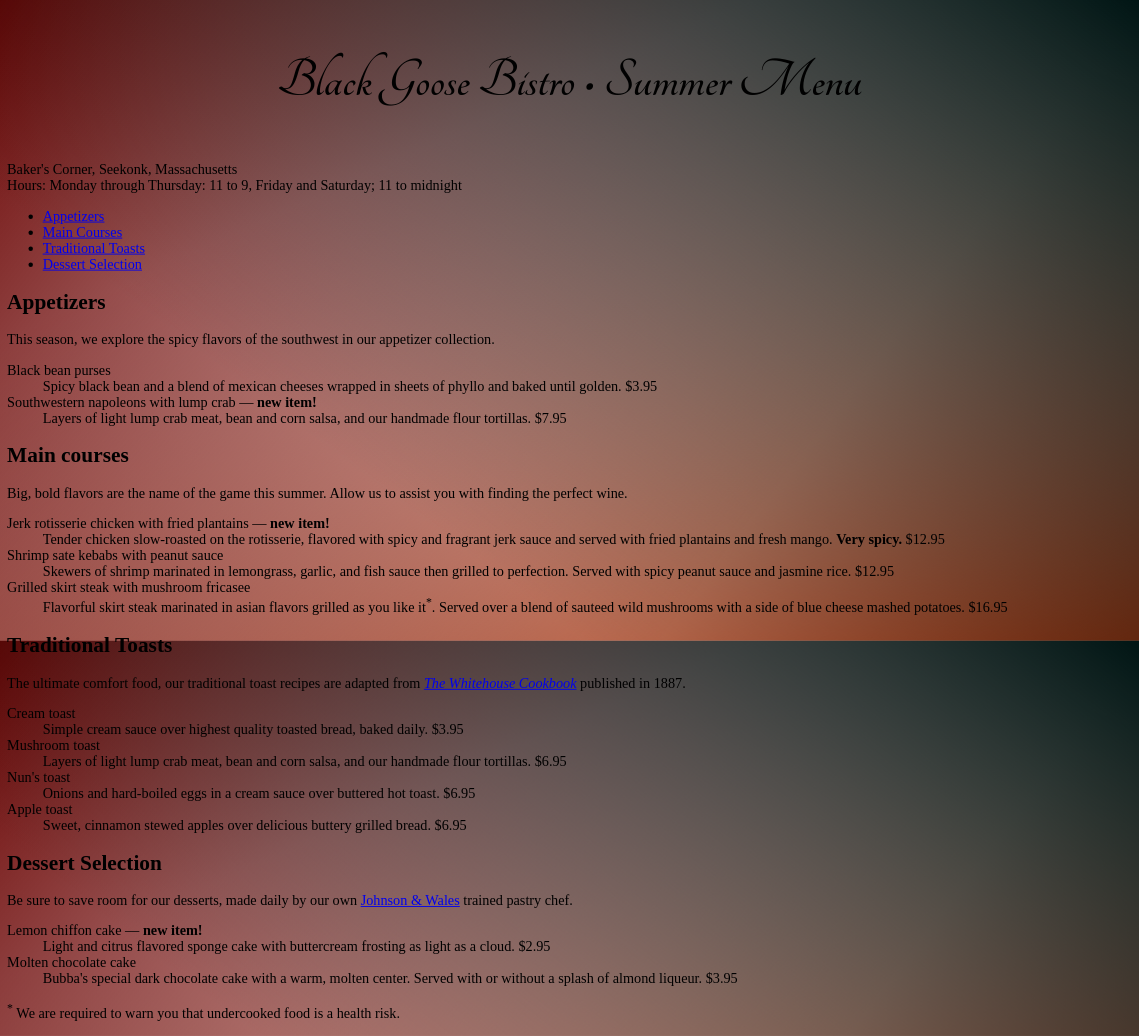
Repository: Colo-Codes/code-practice
Page: 02-css-practice-4.html
The author's editor kept a copy of each file at every save. The page is drawn from the files as they stood at one save, then again after the next save.
The browser window is 1280 px wide. The pictures show the whole page, at 89% of full size.
Backgrounds fixed to the window are drawn as part of the page. Some web fonts or font styles are not loaded; a fallback is used.

Above is the page before, as saved 2021-05-07 09:24:38.

After the next save:
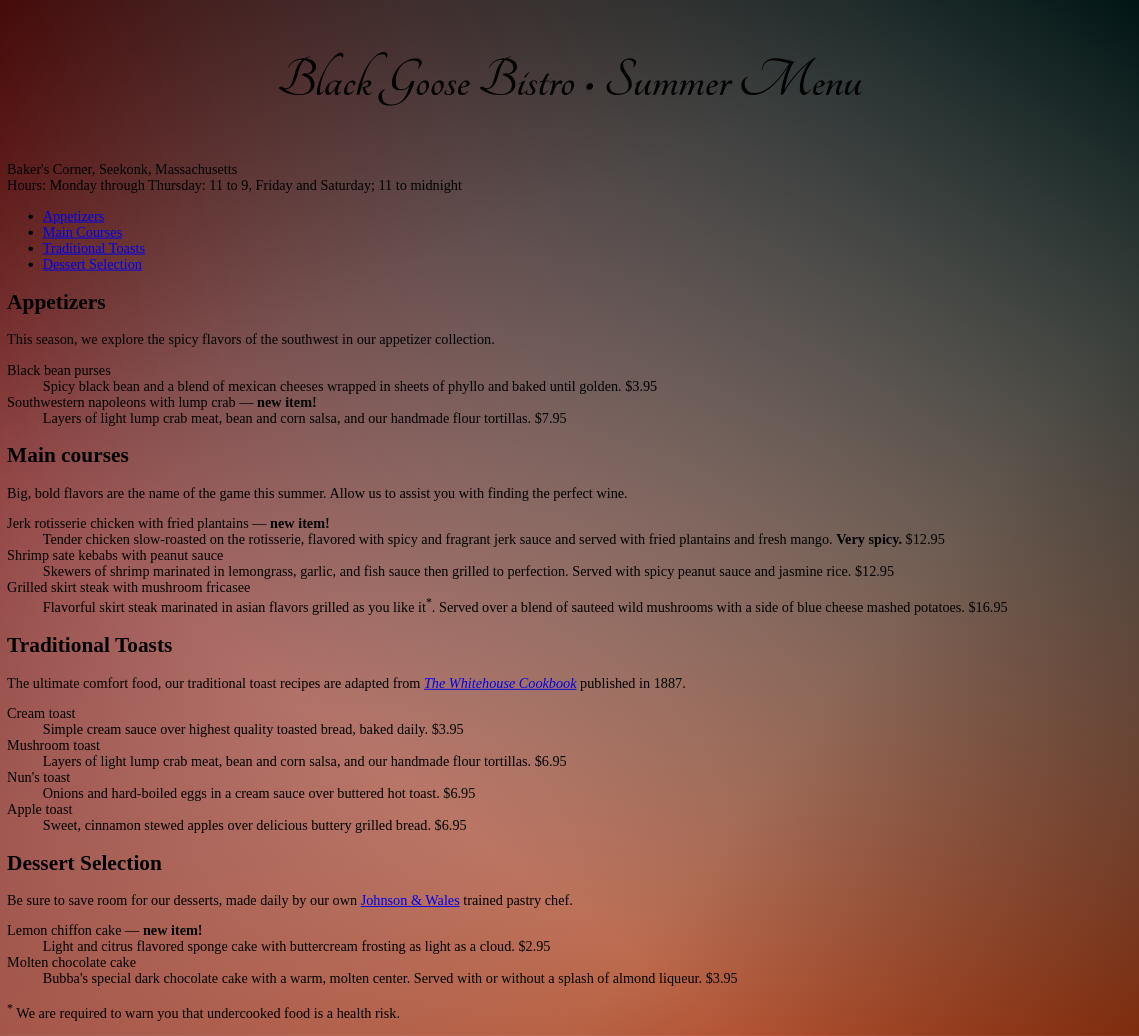
Saved 23 s later.
--- a/02-css-practice-4.html
+++ b/02-css-practice-4.html
@@ -23,7 +23,8 @@
             font-weight: bold;
         }
         body {
-            background: fixed
+            background: fixed;
+            background:
                 linear-gradient(217deg, rgba(0, 21, 20), rgba(255,255,255,0) 70.71%),
                 linear-gradient(127deg, rgba(107, 5, 4), rgba(0,255,0,0) 70.71%),
                 linear-gradient(336deg, rgba(163, 50, 11), rgba(0,0,255,0) 70.71%);

After the 2 saves that followed:
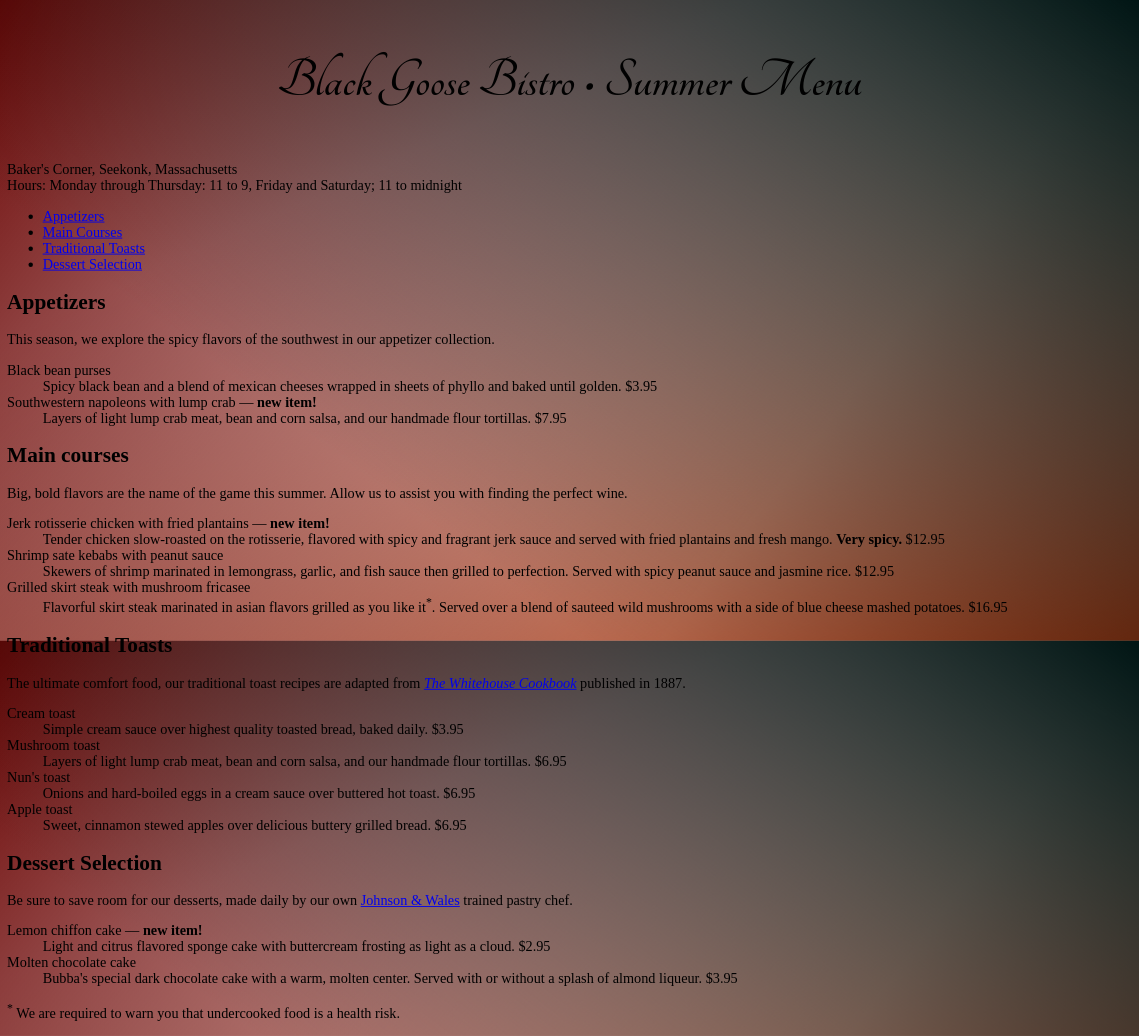
The 2 saves are shown as one change because they came seconds apart.
The last was saved 12 s later.
--- a/02-css-practice-4.html
+++ b/02-css-practice-4.html
@@ -24,7 +24,7 @@
         }
         body {
             background: fixed;
-            background:
+            background: fixed,
                 linear-gradient(217deg, rgba(0, 21, 20), rgba(255,255,255,0) 70.71%),
                 linear-gradient(127deg, rgba(107, 5, 4), rgba(0,255,0,0) 70.71%),
                 linear-gradient(336deg, rgba(163, 50, 11), rgba(0,0,255,0) 70.71%);
